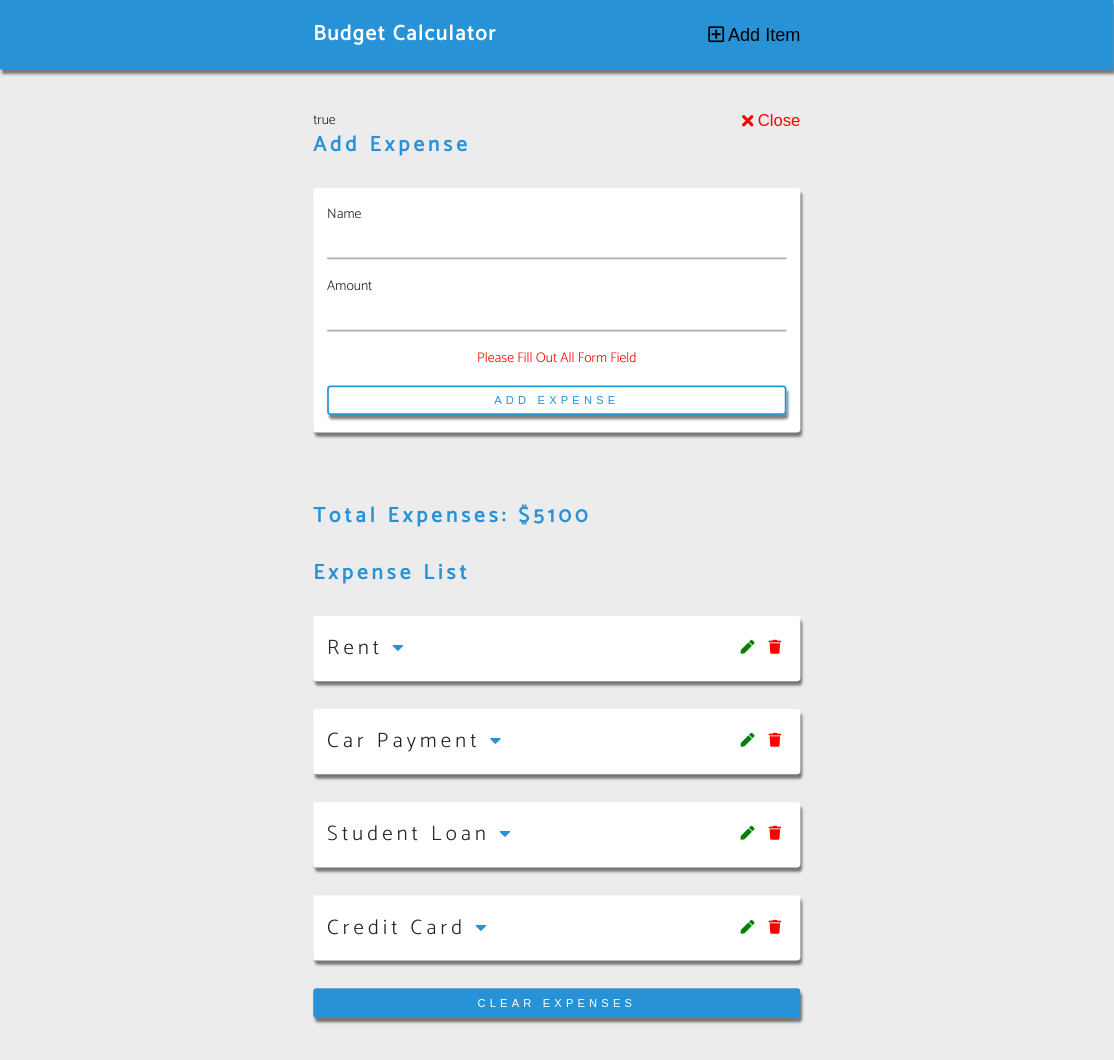
Repository: webdril/budget
Page: /
An editor plug-in stored every save of this project. The page is shown before and after the next save, followed by the edit.
The browser window is 1280 px wide. The pictures show the whole page, at 87% of full size.
The project was rebuilt for these pictures with package versions that can differ from the ones it lists, and the page was loaded fresh each time.

Above is the page before, as saved 2020-03-14 00:00:23.

### public/index.html
<!DOCTYPE html>
<html lang="en">
<head>
	<meta charset='utf-8'>
	<meta name='viewport' content='width=device-width,initial-scale=1'>

	<title>Budget Calculator</title>

	<link rel='icon' type='image/png' href='/favicon.png'>
	<link rel='stylesheet' href='/global.css'>
	<link rel='stylesheet' href='/build/bundle.css'>
	<!-- Font Awesome -->
	<link rel="stylesheet" href="fontawesome-free-5.11.2-web/css/all.min.css">

	<script defer src='/build/bundle.js'></script>
</head>

<body>
</body>
</html>

### src/App.svelte
<script>
import {setContext} from 'svelte';
// components
import Navbar from './Navbar.svelte'
import ExpensesList from './ExpensesList.svelte'
import Totals from './Totals.svelte'
import ExpenseForm from './ExpenseForm.svelte'

// Data
import expensesData from './expenses';

// variables
let expenses = [...expensesData];
// reactive
$: total = expenses.reduce((acc, curr) => {
	console.log(acc, curr.amount);
	return(acc += curr.amount);
},0);

// functions
function removeExpense(id){
	expenses = expenses.filter(item =>item.id !== id);
}
function clearExpenses(){
	expenses = [];
}

// context
setContext('remove', removeExpense)
</script>

<!-- CSS/STYLING -->

<Navbar />
<main class="content">
<ExpenseForm />
	<Totals title="total expenses" {total} />
	<ExpensesList {expenses}/>
	<button type="button" class="btn btn-primary btn-block" on:click={clearExpenses}> Clear Expenses</button>
</main>

### src/Navbar.svelte
<nav class="nav">
	<div class="nav-center">
		<h1 class="nav-title">Budget Calculator</h1>
		<button type="button" class="nav-btn">
			<i class="far fa-plus-square" />
			Add Item
		</button>
	</div>
</nav>

### src/ExpensesList.svelte
<script>
import SectionTitle from './Title.svelte';
import Expense from './Expense.svelte';
export let expenses = [];
</script>

<style>
    h2 {
        text-transform: capitalize;
    }
</style>

<section>
    <SectionTitle title= 'expense list' />
    <ul>
        {#each expenses as expense, index}
            <!-- <Expense {expense}/> -->
            <!-- Anothr way below -->
            <Expense {...expense} />
            {:else}
                <h2>No Expenses added to the list</h2>
        {/each}
    </ul>
</section>

### src/Totals.svelte
<script>
export let title = 'default title';
export let total = 0;
</script>




<section class="main-title">
<h2>{title}: ${total}</h2>
</section>

### src/ExpenseForm.svelte
<script>
import Title from './Title.svelte'
let name = "";
let amount = null;
// $: console.log({name, amount}); for checking reactivity

$: isEmpty = !name || !amount
</script>

<section class="form">
{isEmpty}
    <Title title= "add expense" />
    <form class="expense-form">
        <div class="form-control">
            <label for="name">Name</label>
            <input type="text" id="name" bind:value={name} />
        </div>
        <div class="form-control">
            <label for="amount">amount</label>
            <input type="number" id="amount" bind:value={amount}/>
        </div>
        <p class="form-empty">Please fill out all form field</p>
        <button type="submit" class="btn btn-block">add expense</button>
        <button type="button" class="close-btn">
        <i class="fas fa-times" />close
        </button>
    </form>
</section>

### src/Title.svelte
<script>
export let title = "default title";

</script>


<div class="main-title">
 <h2>{title}</h2>
</div>

### src/Expense.svelte
<script>
import {getContext} from 'svelte';
// export let expense
// let {name, amount} = expense
// Another method below
export let id;
export let name = "";
export let amount =0;
let displayAmount = false;

function toggleAmount () {
    displayAmount = !displayAmount
}
const removeExpense = getContext('remove');
</script>

<article class="single-expense">
    <div class="expense-infor">
        <h2>{name}
            <button class="amount-btn" on:click={toggleAmount}>
                <i class="fas fa-caret-down" />
            </button>
        </h2>
        {#if displayAmount}
        <h4>amount: ${amount}</h4>
        {/if}
    </div>
    <div class="expense-button">
        <button class="expense-btn edit-btn">
            <i class="fas fa-pen" />
        </button>
          <button class="expense-btn delete-btn"
          on:click={removeExpense(id)}>

            <i class="fas fa-trash" />
        </button>
    </div>
</article>

### public/global.css
/*
======
Fonts
======
*/
@import url("https://fonts.googleapis.com/css?family=Catamaran:300,400&display=swap");
/*
======
Variables
======
*/
:root {
  --primaryColor: #2892d7;
  --mainWhite: #fff;
  --offWhite: #f7f7f7;
  --mainBlack: #222;
  --mainGrey: #ececec;
  --darkGrey: #afafaf;
  --mainTransition: all 0.3s linear;
  --mainSpacing: 0.3rem;
  --lightShadow: 2px 5px 3px 0px rgba(0, 0, 0, 0.5);
  --darkShadow: 4px 10px 5px 0px rgba(0, 0, 0, 0.5);
  --mainBorderRadius: 0.25rem;
}
/*
======
Global Styles
======
*/
* {
  margin: 0;
  padding: 0;
  box-sizing: border-box;
}

body {
  font-family: "Catamaran", sans-serif;
  color: var(--mainBlack);
  background: var(--mainGrey);
  line-height: 1.4;
  font-size: 1rem;
  font-weight: 300;
}
h1,
h2,
h3,
h4,
h5,
h6 {
  font-family: "Catamaran", sans-serif;
  margin-bottom: 1.25rem;
  letter-spacing: var(--mainSpacing);
}
p {
  margin-bottom: 1.25rem;
}
ul {
  list-style-type: none;
}
a {
  text-decoration: none;
  color: var(--mainBlack);
}
/*
======
Buttons
======
*/
.btn,
.btn-white,
.btn-primary {
  text-transform: uppercase;
  letter-spacing: var(--mainSpacing);
  color: var(--primaryColor);
  border: 2px solid var(--primaryColor);
  padding: 0.45rem 0.8rem;
  display: inline-block;
  transition: var(--mainTransition);
  cursor: pointer;
  font-size: 0.8rem;
  border-radius: var(--mainBorderRadius);
  background: transparent;
}
.btn:hover {
  background: var(--primaryColor);
  color: var(--mainWhite);
}
.btn-white {
  background: transparent;
  color: var(--primaryColor);
  border-color: var(--primaryColor);
}
.btn-white:hover {
  background: var(--mainWhite);
  color: var(--primaryColor);
}
.btn-primary {
  background: var(--primaryColor);
  color: var(--mainWhite);
  border-color: var(--primaryColor);
}
.btn-primary:hover {
  background: transparent;
  color: var(--primaryColor);
}
.btn-block {
  width: 100%;
  display: block;
  margin: 0 auto;
  box-shadow: var(--lightShadow);
}
.disabled {
  color: var(--darkGrey);
  border-color: var(--darkGrey);
}
.disabled:hover {
  background: transparent;
  color: var(--darkGrey);
  border-color: var(--darkGrey);
}
/*
======
Navbar
======
*/
.nav {
  background: var(--primaryColor);
  height: 5rem;
  display: flex;
  align-items: center;
  box-shadow: var(--lightShadow);
}

.nav-center {
  width: 85%;
  max-width: 35rem;
  margin: 0 auto;
  display: flex;
  justify-content: space-between;
}
.nav-title {
  text-transform: capitalize;
  color: var(--mainWhite);
  margin-bottom: 0;
  letter-spacing: 2px;
}
.nav-btn {
  background: transparent;
  font-size: 1.3rem;
  border: none;
  cursor: pointer;
  text-transform: capitalize;
  transition: var(--mainTransition);
}
.nav-btn:hover {
  color: var(--darkGrey);
}
/*
======
Content
======
*/
.content {
  padding: 3rem 0;
  width: 85vw;
  max-width: 35rem;
  margin: 0 auto;
}

/*
======
Main Title
======
*/
.main-title {
  text-transform: capitalize;
  color: var(--primaryColor);
  margin-bottom: 2rem;
}
/*
======
Single Expense
======
*/
.single-expense {
  display: flex;
  justify-content: space-between;
  text-transform: capitalize;
  align-items: center;
  margin-bottom: 2rem;
  padding: 1.3rem 1rem;
  border-radius: var(--mainBorderRadius);
  background: var(--mainWhite);
  box-shadow: var(--lightShadow);
}
.single-expense h2 {
  margin-bottom: 0;
  font-weight: 300;
}
.single-expense h4 {
  margin-bottom: 0;
  margin-top: 1rem;
  font-weight: 300;
  color: var(--primaryColor);
}

.expense-btn {
  font-size: 1rem;
  background: transparent;
  border: none;
  margin: 0 0.4rem;
  transition: var(--mainTransition);
  cursor: pointer;
}
.expense-btn:hover {
  transform: scale(1.2);
}
.amount-btn {
  font-size: 1.3rem;
  background: transparent;
  border: none;
  cursor: pointer;
  color: var(--primaryColor);
}
.delete-btn {
  color: red;
}
.edit-btn {
  color: green;
}
/*
======
Expense Form
======
*/

.expense-form {
  background: var(--mainWhite);
  padding: 1.25rem 1rem;
  text-transform: capitalize;
  border-radius: var(--mainBorderRadius);
  box-shadow: var(--lightShadow);
}

.form-control label {
  display: block;
}
.form-control input {
  width: 100%;
  border: none;
  border-bottom: 2px solid var(--darkGrey);
  margin-bottom: 1.25rem;
  padding: 0.5rem;
  font-size: 1.2rem;
}
.form-empty {
  text-align: center;
  color: red;
}
.form {
  position: relative;
  margin-bottom: 5rem;
}
.close-btn {
  position: absolute;
  top: 0;
  right: 0;
  font-size: 1.2rem;
  text-transform: capitalize;
  display: flex;
  align-items: center;
  width: 4.2rem;
  justify-content: space-between;
  background: transparent;
  border: none;
  color: red;
  cursor: pointer;
}
/*
======
Modal
======
*/
.modal-container {
  position: fixed;
  top: 0;
  left: 0;
  right: 0;
  bottom: 0;
  background: rgba(0, 0, 0, 0.7);
  z-index: 2;
}
.modal-content {
  background: var(--mainWhite);
  width: 85vw;
  max-width: 35rem;
  margin: 0 auto;
  margin-top: 5rem;
  padding: 3rem;
  border-radius: var(--mainBorderRadius);
  position: relative;
}
.modal-content .expense-form {
  box-shadow: none;
}
.modal-container .form {
  margin-bottom: 0;
}
.modal-container .expense-form {
  padding: 1.25rem 0;
}
.modal-container .form {
  position: static;
}
.modal-container .close-btn {
  top: 2%;
  right: 3%;
}
/*
======
Github Users
======
*/

.user {
  margin: 2rem 0;
  box-shadow: var(--lightShadow);
  display: grid;
  grid-template-columns: auto 1fr;
  border-radius: var(--mainBorderRadius);
  grid-column-gap: 2rem;
  background: var(--mainWhite);
}
.user img {
  width: 6rem;
  border-top-left-radius: var(--mainBorderRadius);
  border-bottom-left-radius: var(--mainBorderRadius);
}
.user-info {
  padding-top: 0.75rem;
}
.user-info h3 {
  margin-bottom: 0.75rem;
}

Loaded but not shown: src/main.js (common file); src/expenses.js (common file); public/fontawesome-free-5.11.2-web/css/all.min.css (library)

After the next save:
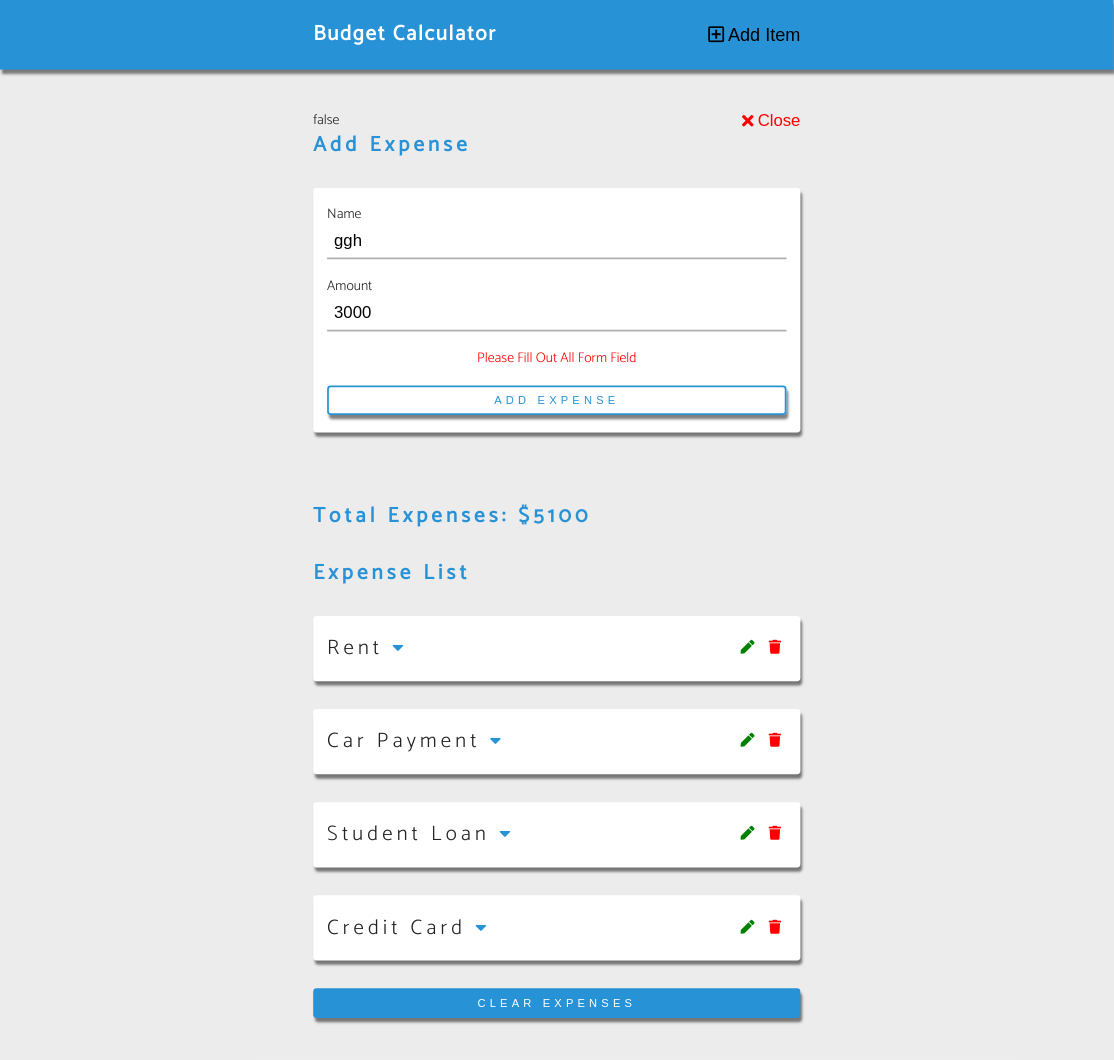
Saved 15 s later.
--- a/src/ExpenseForm.svelte
+++ b/src/ExpenseForm.svelte
@@ -1,7 +1,7 @@
 <script>
 import Title from './Title.svelte'
-let name = "";
-let amount = null;
+let name = "ggh";
+let amount = 3000;
 // $: console.log({name, amount}); for checking reactivity
 
 $: isEmpty = !name || !amount
